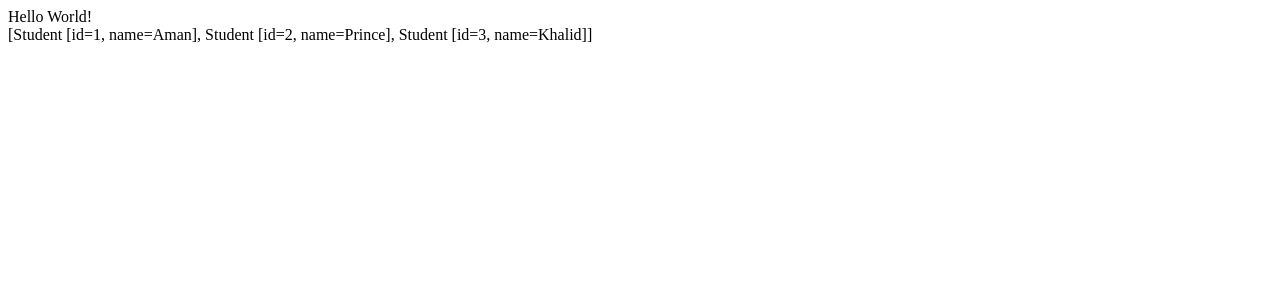
Repository: md-aman-git/Java-Repo-Epam
Page: http://localhost/JSTLDemo/DemoJstl
The author's editor kept a copy of each file at every save. The page is drawn from the files as they stood at one save, then again after the next save.
The browser window is 1280 px wide. The pictures show the whole page.
The page is served by Tomcat 9.

Above is the page before, as saved 2022-03-07 16:27:04.

After the next save:
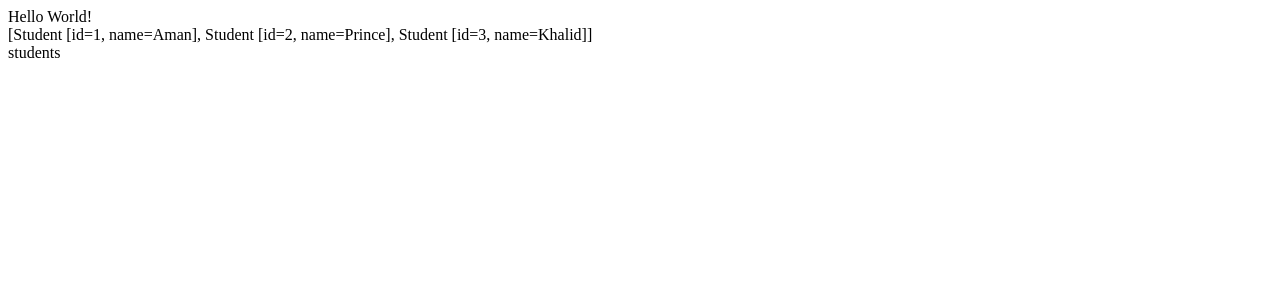
Saved 53 s later.
--- a/JspServlet/JSTLDemo/src/main/webapp/display.jsp
+++ b/JspServlet/JSTLDemo/src/main/webapp/display.jsp
@@ -11,6 +11,8 @@
 <body>
 	Hello World! <br>
 	<div>${students}</div>
-
+	<c:forEach items="students" var="stud">
+		${stud}
+	</c:forEach>
 </body>
 </html>
